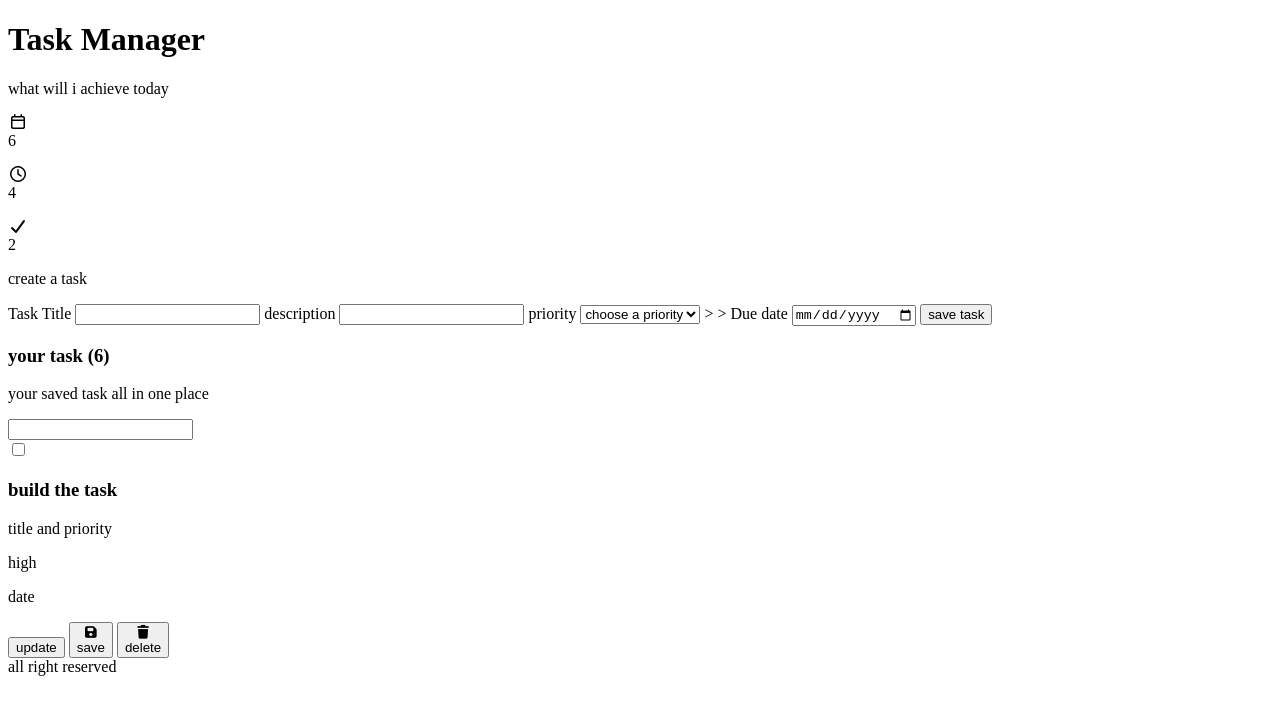
Repository: XDENTERTAINMENT/task-manager-groupwork
Page: index.html
An editor plug-in stored every save of this project. The page is shown before and after a run of saves, followed by the edit.
The browser window is 1280 px wide. The pictures show the whole page.

Above is the page before, as saved 2026-10-23 21:32:22.

After the next 2 saves:
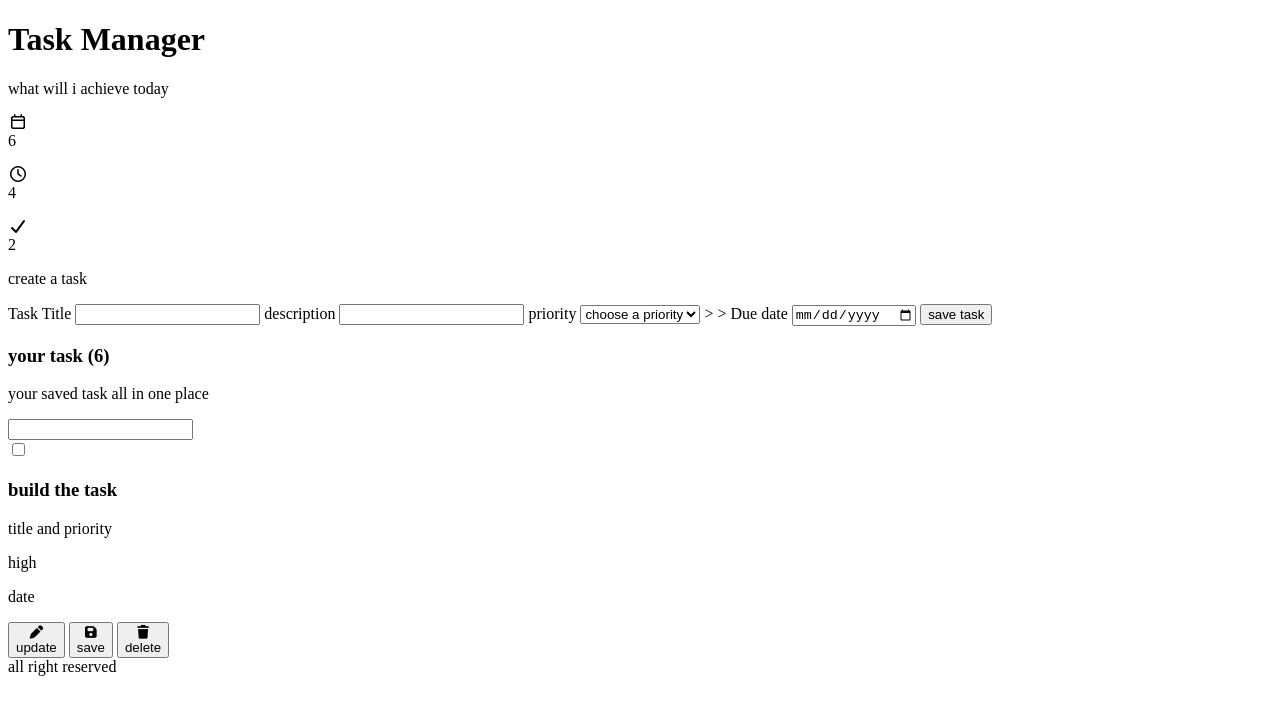
The 2 saves are shown as one change because they came seconds apart.
The last was saved 68 s later.
--- a/index.html
+++ b/index.html
@@ -95,7 +95,7 @@
          </div>
 <!-- the inline editing -->
          <div>
-            <button>update</button>
+            <button><div><i class="fa-solid fa-pen"></i></div>update</button>
             <button  class="save"> <div><i class="fa-solid fa-floppy-disk"></i></div>save</button>
             <button class="delete"> <div><i class="fa-solid fa-trash"></i></div>delete</button>
 
